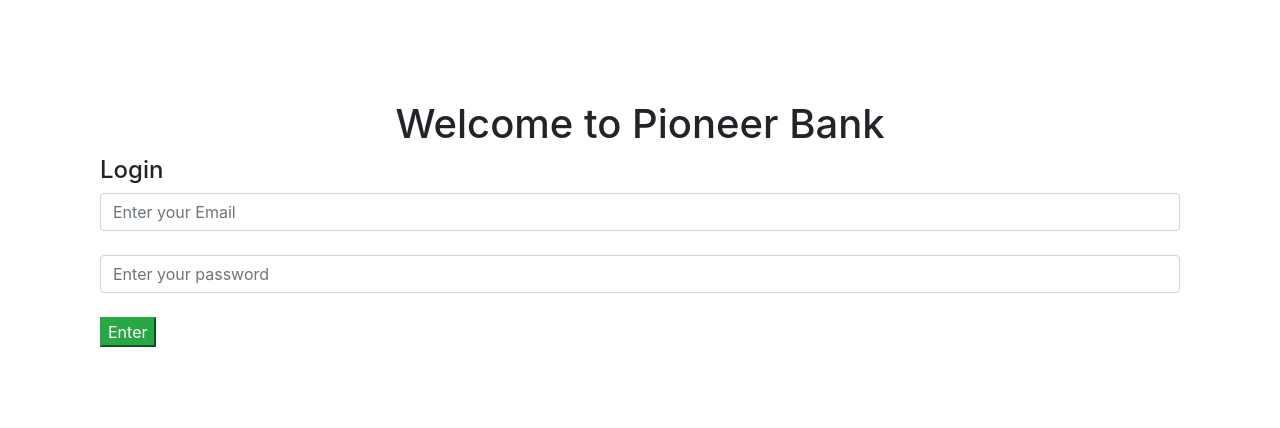
Repository: omarhasnain/pioneer-bank
Page: index.html
The author's editor kept a copy of each file at every save. The page is drawn from the files as they stood at one save, then again after the next save.
The browser window is 1280 px wide. The pictures show the whole page.

Above is the page before, as saved 2021-04-27 17:06:00.

### index.html
<!DOCTYPE html>
<html lang="en">

<head>
    <meta charset="UTF-8">
    <meta http-equiv="X-UA-Compatible" content="IE=edge">
    <meta name="viewport" content="width=device-width, initial-scale=1.0">
    <title>Pioneer Bank</title>
    <link rel="stylesheet" href="https://stackpath.bootstrapcdn.com/bootstrap/4.4.1/css/bootstrap.min.css" integrity="sha384-Vkoo8x4CGsO3+Hhxv8T/Q5PaXtkKtu6ug5TOeNV6gBiFeWPGFN9MuhOf23Q9Ifjh" crossorigin="anonymous">
    <link rel="stylesheet" href="style.css">
</head>

<body>

    <div id="login-area">
        <h1 class="text-center">Welcome to Pioneer Bank</h1>
        <div class="submit-area">
            <h4>Login</h4>
            <input type="text" class="form-control" placeholder="Enter your Email">
            <br>
            <input type="password" name="" id="" placeholder="Enter your password" class="form-control">
            <br>
            <button class="btn-success">Enter</button>
        </div>
    </div>


</body>

</html>

### style.css
body {
    padding: 100px;
}

After the next save:
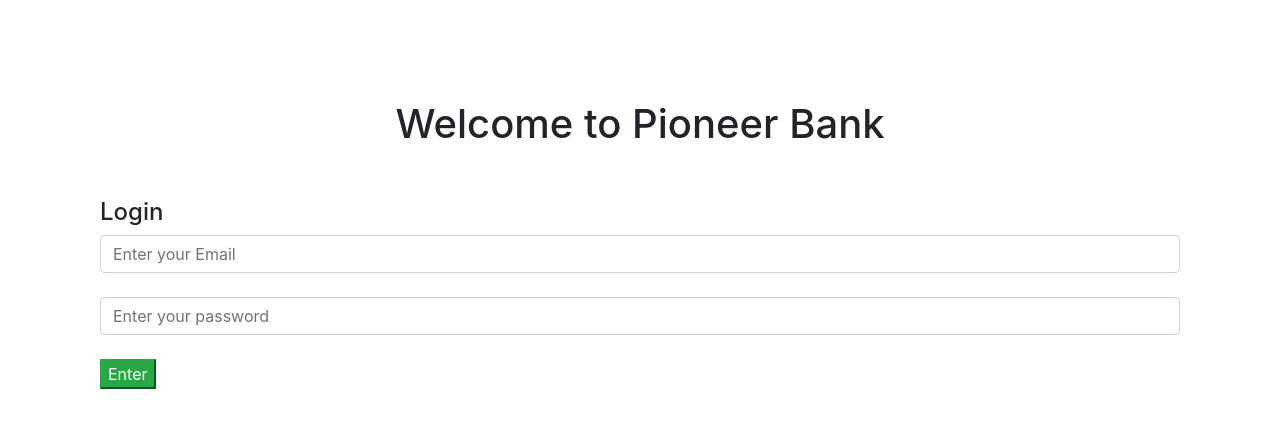
Saved 103 s later.
--- a/style.css
+++ b/style.css
@@ -1,3 +1,7 @@
 body {
     padding: 100px;
 }
+
+.submit-area {
+    margin-top: 50px;
+}
